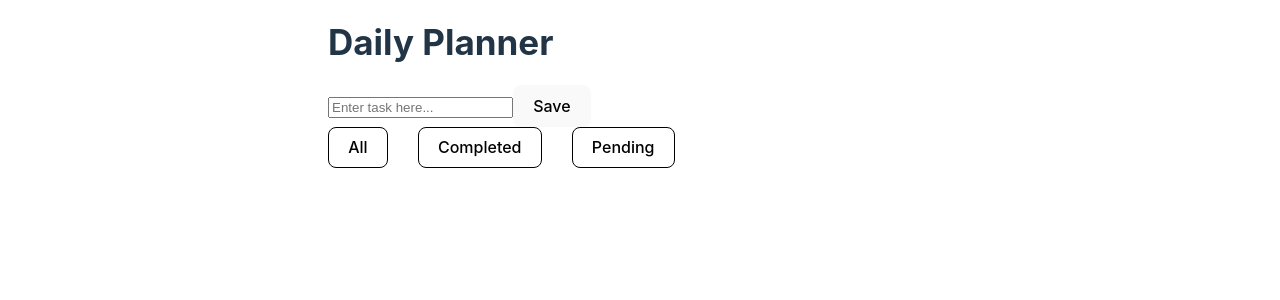
Repository: leslie179/lab4
Page: / (app in lab4/)
These files come from the project's save history. The page is drawn as it stood at one moment and after the next save; the edit follows.
The browser window is 1280 px wide. The pictures show the whole page.
The project was rebuilt for these pictures with package versions that can differ from the ones it lists, and the page was loaded fresh each time. Also part of the build but not shown: lab4/vite.config.js, lab4/src/components/Task.jsx.

Above is the page before, as saved 2024-10-27 18:20:08.

After the next save:
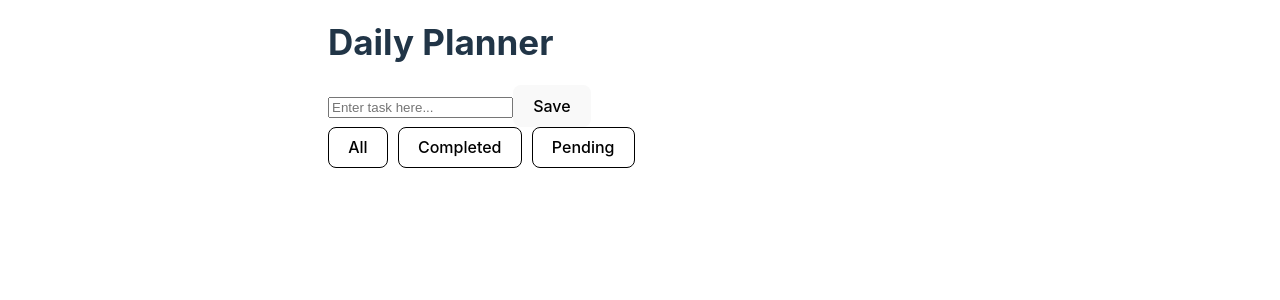
Saved 4 s later.
--- a/lab4/src/App.css
+++ b/lab4/src/App.css
@@ -11,7 +11,7 @@ h1{
 .filter-button{
   border: 1px solid black;
   background-color: white;
-  margin-right: 30px ;
+  margin-right: 10px ;
 }
 
 
